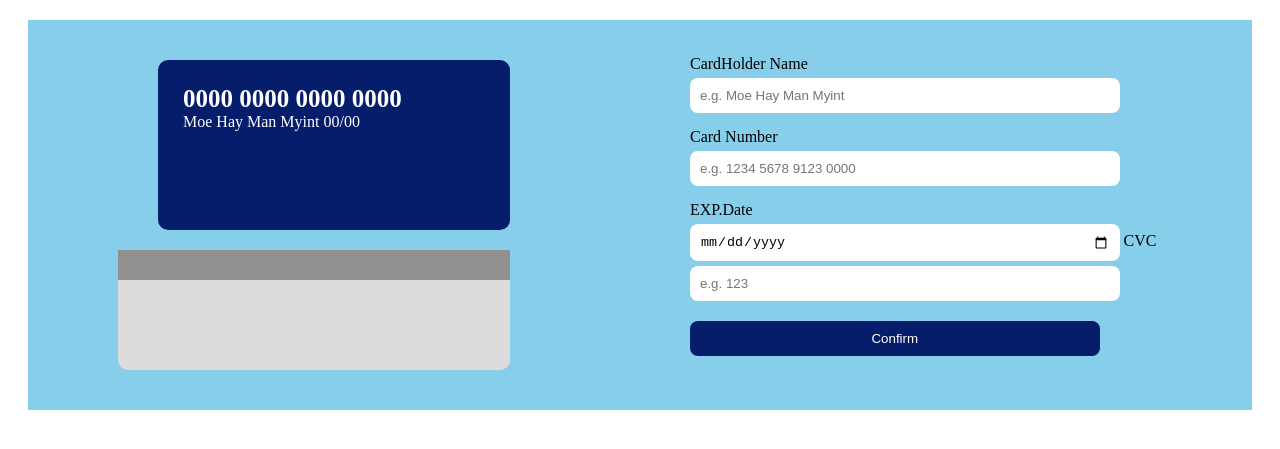
Repository: moehaymanmyint/Interactive-Card-Details-Form
Page: index.html
These files come from the project's save history. The page is drawn as it stood at one moment and after the next save; the edit follows.
The browser window is 1280 px wide. The pictures show the whole page.

Above is the page before, as saved 2024-10-15 23:01:09.

After the next save:
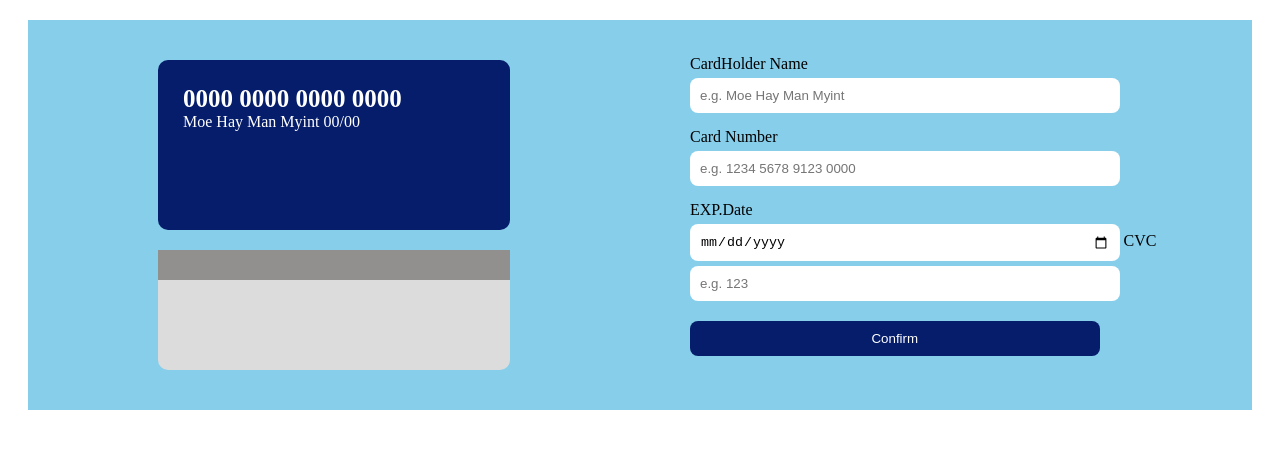
Saved 20 s later.
--- a/style.css
+++ b/style.css
@@ -30,7 +30,7 @@
     background-color: gainsboro;
     margin: 20px 80px;
     border-radius: 10px;
-    margin-left: 40px;
+
 }
 
 .right-container div{
